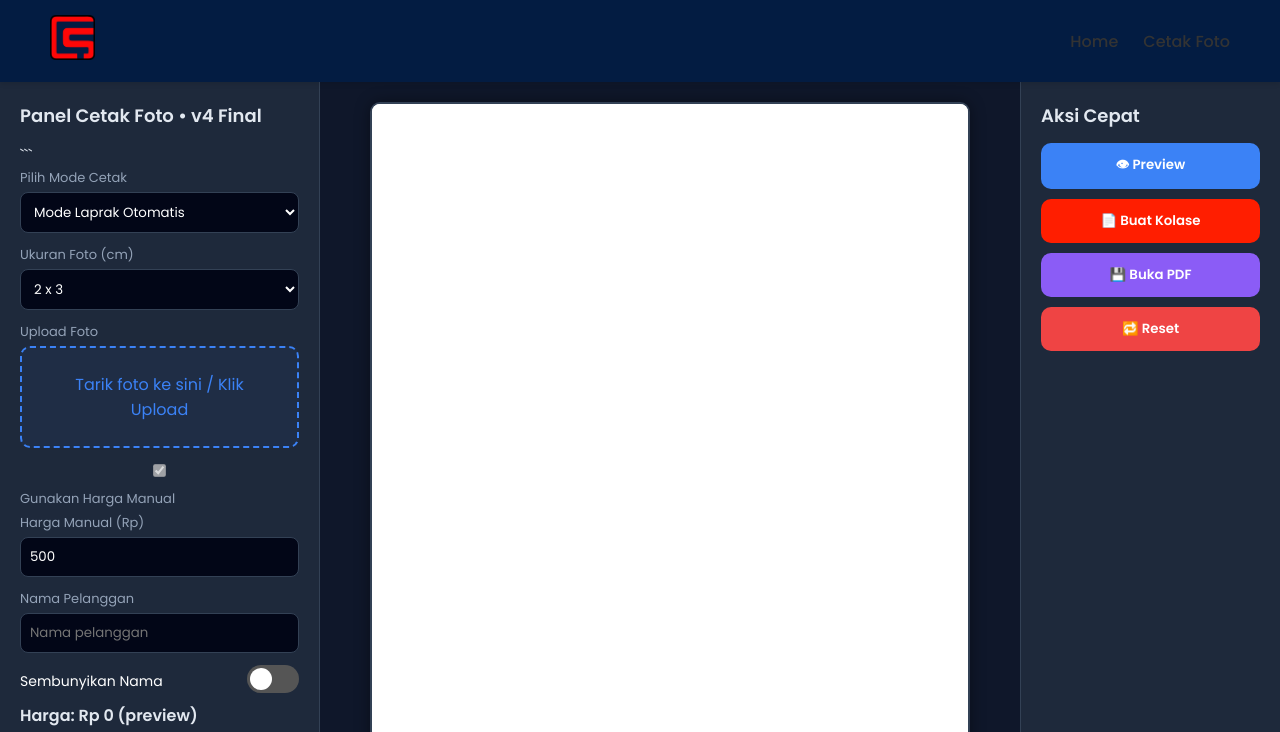
Repository: procinema22/hiisedulurfc
Page: cetakfoto.html
An editor plug-in stored every save of this project. The page is shown before and after the next save, followed by the edit.
The browser window is 1280 px wide. The pictures show the whole page.
An inner scrolling area shows only its first screen.

Above is the page before, as saved 2026-04-27 22:13:58.

### cetakfoto.html
<!DOCTYPE html>

<html lang="id">
<head>
<meta charset="UTF-8">
<meta name="viewport" content="width=device-width, initial-scale=1.0">
<title>SEDULUR FOTO COPY – Cetak Foto</title>
<link rel="icon" type="image/png" href="img/loggo/sdlr.png">
<link href="https://fonts.googleapis.com/css2?family=Poppins:wght@400;500;600;700&display=swap" rel="stylesheet">
<link rel="stylesheet" href="css/cetak.css">
<script src="https://cdn.jsdelivr.net/npm/exif-js"></script>
<script src="https://cdnjs.cloudflare.com/ajax/libs/jspdf/2.5.1/jspdf.umd.min.js"></script>
</head>
<body>
<header>
  <div class="logo"><a href="index.html"><img src="img/loggo/sdlr.png" alt="Sedulur Foto Copy"></a></div>
  <nav>
    <ul>
      <li><a href="index.html">Home</a></li>
      <li><a href="cetakfoto.html" class="active">Cetak Foto</a></li>
    </ul>
  </nav>
</header>
<div class="layout">
  <aside class="left-panel">
    <h2 class="section-title">Panel Cetak Foto • v4 Final</h2>

```
<label>Pilih Mode Cetak</label>
<select id="modeSelect">
  <option value="normal">Mode Laprak Otomatis</option>
  <option value="perfoto">Mode Pas Foto</option>
  <option value="circle">Mode Lingkaran</option>
</select>

<div id="circleControls" style="display:none;">
  <label>Diameter Lingkaran (cm)</label>
  <input id="circleDiameter" type="number" value="4">
</div>

<label>Ukuran Foto (cm)</label>
<select id="sizeSelect">
  <option value="2x3">2 x 3</option>
  <option value="3x4">3 x 4</option>
  <option value="4x6">4 x 6</option>
  <option value="5x5">5 x 5</option>
  <option value="6x9">6 x 9</option>
  <option value="10x15">10 x 15</option>
  <option value="custom">Custom</option>
</select>

<div id="customSize" style="display:none; gap:10px;">
  <input id="customW" type="number" placeholder="Lebar (cm)">
  <input id="customH" type="number" placeholder="Tinggi (cm)">
</div>

<label>Upload Foto</label>
<div id="dropArea" class="drop-area">Tarik foto ke sini / Klik Upload</div>
<input id="upload" type="file" multiple accept="image/*" hidden>

<label class="inline-check"><input type="checkbox" id="manualHargaCheckbox"> Gunakan Harga Manual</label>

<div id="manualHargaBox" style="display:none;">
  <label>Harga Manual (Rp)</label>
  <input id="manualHargaInput" type="number" value="500" min="500" step="500">
</div>

<label>Nama Pelanggan</label>
<input id="userName" type="text" placeholder="Nama pelanggan">


<div class="switch-wrap">
  <span>Sembunyikan Nama</span>
  <label class="switch">
    <input type="checkbox" id="hideInfo">
    <span class="slider"></span>
  </label>
</div>

<div class="price" id="priceDisplay">Harga: Rp 0</div>
<div id="batchList"></div>

<div class="accordion">

  <button type="button" class="accordion-btn" onclick="toggleMargin()">
    Margin Kertas ▼
  </button>

  <div id="marginSection" class="accordion-content">

    <label>Margin Atas (mm)</label>
    <input id="marginTop" type="number" value="5">

    <label>Margin Bawah (mm)</label>
    <input id="marginBottom" type="number" value="5">

    <label>Margin Kiri (mm)</label>
    <input id="marginLeft" type="number" value="5">

    <label>Margin Kanan (mm)</label>
    <input id="marginRight" type="number" value="5">

    <label>Gap antar foto (px)</label>
    <input id="gap" type="number" value="5">

  </div>

</div>




<label class="inline-check"><input type="checkbox" checked disabled> Hubungi admin untuk menghilangkan watermark</label>
```

  </aside>

  <section class="center-panel">
    <canvas id="canvas" width="1240" height="1754"></canvas>
    <div class="page-nav" id="pageNav" style="display:none;">
      <button id="prevPage">⬅</button>
      <div id="pageIndicator">Halaman 1 / 1</div>
      <button id="nextPage">➡</button>
    </div>
  </section>

  <aside class="right-panel">
    <h2 class="section-title">Aksi Cepat</h2>
    <button id="previewBtn" class="btn blue">👁 Preview</button>
    <button id="generateBtn" class="btn green">📄 Buat Kolase</button>
    <button id="downloadPdf" class="btn purple">💾 Buka PDF</button>
    <button id="reset" class="btn red">🔁 Reset</button>
  </aside>
</div>
<div id="loadingOverlay"><div class="loader"></div><p>Memproses... tunggu sebentar ya</p></div>
<div id="toast"></div>
<script src="js/script.js"></script>
</body>
</html>

### css/cetak.css
/* ============ ROOT & GLOBAL ============ */
:root {
    --bg: #0f172a;
    --card: #1e293b;
    --border: #334155;
    --text: #e2e8f0;
    --muted: #94a3b8;
    --blue: #3b82f6;
    --green: #ff1e00;
    --purple: #8b5cf6;
    --red: #ef4444;
    --shadow: rgba(0,0,0,.4);
  }

  *{
    margin:0;
    padding:0;
    box-sizing:border-box;
    font-family:"Poppins",sans-serif;
  }

  body{
    background:var(--bg);
    color:var(--text);
    overflow-x:hidden;
  }

  /* ===============================
   NAVBAR
================================ */
header {
  display: flex;
  align-items: center;
  justify-content: space-between;
  padding: 15px 50px;
  background-color: hwb(216 1% 74%);
  box-shadow: 0 2px 5px rgba(0,0,0,0.1);
  position: sticky;
  top: 0;
  z-index: 100;
}

.logo {
  display: flex;
  align-items: center;
  gap: 10px;
}

.logo img {
  height: 45px;
  width: auto;
}

nav ul {
  list-style: none;
  display: flex;
  gap: 25px;
}

nav a {
  text-decoration: none;
  color: #333;
  font-weight: 500;
}

nav a:hover {
  color: #b70d0d;
}

.search-box {
  display: flex;
  border: 1px solid #ddd;
  border-radius: 25px;
  overflow: hidden;
  width: 260px;
}

.search-box input {
  border: none;
  padding: 8px 15px;
  width: 100%;
  outline: none;
}

.search-box button {
  background: #b70d0d;
  color: rgb(0, 0, 0);
  border: none;
  padding: 8px 15px;
  cursor: pointer;
}

  /* ============ LAYOUT ============ */
  .layout{
    display:grid;
    grid-template-columns:320px 1fr 260px;
    height:calc(100vh - 70px);
  }

  /* ============ LEFT PANEL ============ */
  .left-panel{
    background:var(--card);
    padding:20px;
    border-right:1px solid var(--border);
    overflow-y:auto;
  }

  .left-panel label{
    font-size:13px;
    color:var(--muted);
    margin-bottom:4px;
    display:block;
  }

  .left-panel input,
  .left-panel select{
    width:100%;
    padding:9px;
    border-radius:8px;
    border:1px solid var(--border);
    background:#020617;
    color:white;
    margin-bottom:12px;
  }

  .section-title{
    font-size:18px;
    font-weight:600;
    margin-bottom:14px;
  }

  /* DROP AREA */
  .drop-area{
    border:2px dashed var(--blue);
    padding:24px;
    text-align:center;
    border-radius:10px;
    color:var(--blue);
    background:rgba(59,130,246,.05);
    cursor:pointer;
    margin-bottom:15px;
  }

  .drop-area:hover{
    background:rgba(59,130,246,.15);
  }

  /* PRICE */
  .price{
    font-size:16px;
    font-weight:600;
    margin-top:6px;
  }

  /* ============ CENTER PANEL ============ */
  .center-panel{
    padding:20px;
    display:flex;
    flex-direction:column;
    align-items:center;
    overflow-y:auto;
  }

  canvas{
    width:100%;
    max-width:600px;
    background:white;
    border-radius:10px;
    border:2px solid var(--border);
    box-shadow:0 0 15px var(--shadow);
  }

  /* PAGE NAV */
  .page-nav{
    display:flex;
    gap:14px;
    margin-top:12px;
  }

  .page-nav button{
    padding:8px 14px;
    border:none;
    border-radius:8px;
    background:var(--blue);
    color:white;
    cursor:pointer;
  }

  /* ============ RIGHT PANEL ============ */
  .right-panel{
    background:var(--card);
    padding:20px;
    border-left:1px solid var(--border);
    overflow-y:auto;
  }

  .btn{
    width:100%;
    padding:12px;
    border:none;
    border-radius:10px;
    font-weight:600;
    cursor:pointer;
    margin-bottom:10px;
    color:white;
  }

  .blue{background:var(--blue)}
  .green{background:var(--green)}
  .purple{background:var(--purple)}
  .red{background:var(--red)}

  /* ============ LOADER & TOAST ============ */
  #loadingOverlay{
    position:fixed;
    inset:0;
    background:rgba(0,0,0,.7);
    display:none;
    flex-direction:column;
    justify-content:center;
    align-items:center;
    z-index:9999;
  }

  .loader{
    width:60px;
    height:60px;
    border-radius:50%;
    border:6px solid #fff;
    border-top:6px solid var(--blue);
    animation:spin 1s linear infinite;
  }

  @keyframes spin{
    to{transform:rotate(360deg)}
  }

  #toast{
    position:fixed;
    bottom:20px;
    right:20px;
    padding:12px 18px;
    background:var(--card);
    border-left:5px solid var(--blue);
    border-radius:10px;
    opacity:0;
    transition:.3s;
    z-index:10000;
  }

  #toast.show{
    opacity:1;
    transform:translateY(-6px);
  }

  /* ============ PRINT A4 MODE ============ */
  @media print{
    header,
    .left-panel,
    .right-panel,
    .page-nav,
    #toast,
    #loadingOverlay{
      display:none !important;
    }

    body{
      background:white;
      overflow:visible;
    }

    .layout{
      display:block;
      height:auto;
    }

    canvas{
      width:210mm !important;
      height:297mm !important;
      max-width:none;
      border:none;
      box-shadow:none;
      border-radius:0;
    }
  }

  @page{
    size:A4;
    margin:10mm;
  }
  .btn-logout {
    background: #e53935;
    color: #fff;
    border: none;
    padding: 8px 14px;
    border-radius: 6px;
    cursor: pointer;
    font-weight: 600;
  }

  .btn-logout:hover {
    background: #c62828;
  }
  .switch-wrap{
    display:flex;
    align-items:center;
    justify-content:space-between;
    gap:12px;
    color:#fff;
    font-size:14px;
  }

  .switch{
    position:relative;
    display:inline-block;
    width:52px;
    height:28px;
  }

  .switch input{
    opacity:0;
    width:0;
    height:0;
  }

  .slider{
    position:absolute;
    inset:0;
    background:#555;
    border-radius:50px;
    transition:.3s;
    cursor:pointer;
  }

  .slider:before{
    content:"";
    position:absolute;
    width:22px;
    height:22px;
    left:3px;
    top:3px;
    background:white;
    border-radius:50%;
    transition:.3s;
  }

  .switch input:checked + .slider{
    background:#22c55e;
  }

  .switch input:checked + .slider:before{
    transform:translateX(24px);
  }
  .panel-box{
    background: linear-gradient(180deg,#18253d,#101827);
    border:1px solid rgba(255,255,255,.08);
    border-radius:18px;
    padding:18px;
    box-shadow:0 12px 30px rgba(0,0,0,.25);
  }

  .panel-box h3{
    font-size:18px;
    font-weight:700;
    color:#fff;
    margin-bottom:16px;
  }

  .group{
    margin-bottom:18px;
  }

  .group label{
    display:block;
    font-size:13px;
    color:#9fb3d9;
    margin-bottom:8px;
    font-weight:500;
  }

  .group input,
  .group select{
    width:100%;
    height:48px;
    border:none;
    outline:none;
    border-radius:14px;
    background:#06101f;
    color:#fff;
    padding:0 14px;
    font-size:16px;
    transition:.25s;
  }

  .group input:focus,
  .group select:focus{
    box-shadow:0 0 0 2px #3b82f6;
    transform:translateY(-1px);
  }

  .price-box{
    background:linear-gradient(90deg,#2563eb,#1d4ed8);
    padding:14px;
    border-radius:14px;
    color:#fff;
    font-weight:700;
    font-size:22px;
    text-align:center;
    margin:14px 0;
  }

  .divider{
    height:1px;
    background:rgba(255,255,255,.07);
    margin:18px 0;
  }
  .accordion-btn{
    width:100%;
    height:46px;
    border:none;
    border-radius:14px;
    background:#111827;
    color:#fff;
    font-weight:700;
    cursor:pointer;
    margin-top:14px;
  }

  .accordion-content{
    display:none;
    padding-top:12px;
  }

  .accordion-content.show{
    display:block;
  }

Loaded but not shown: js/script.js (1148 lines, source omitted)

After the next save:
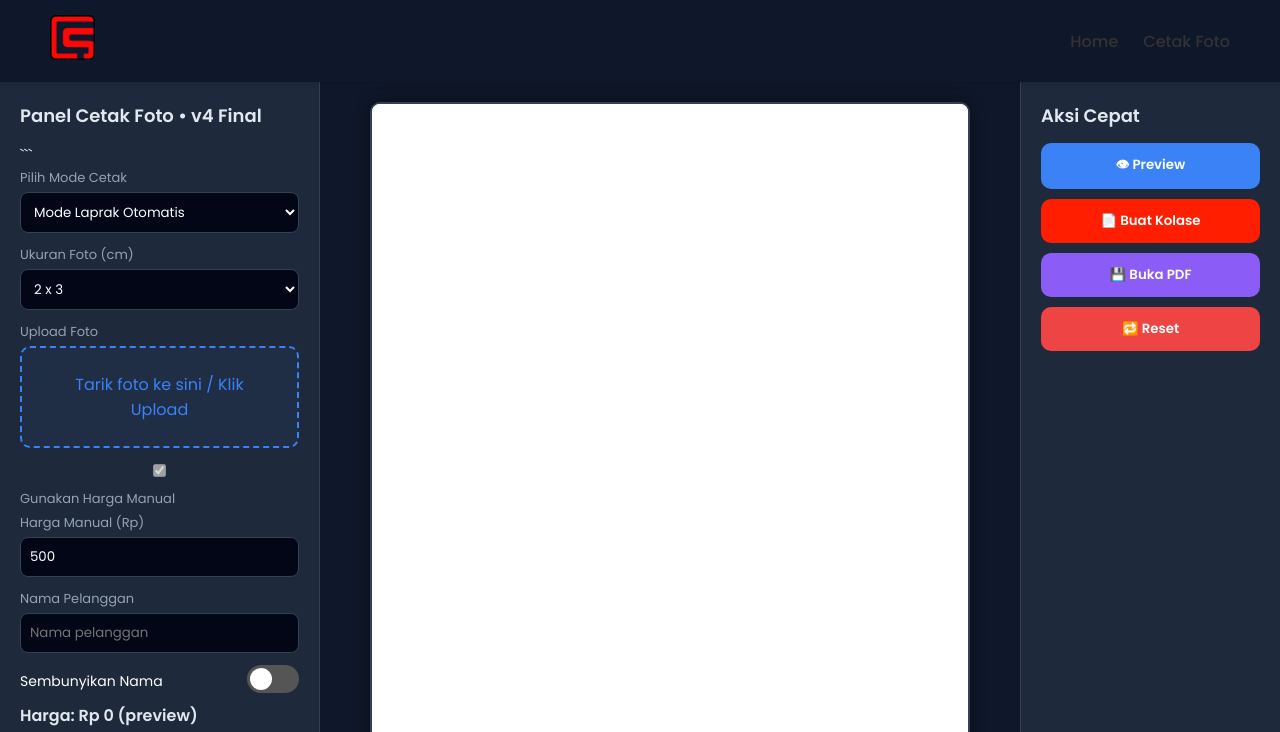
Saved 76 s later.
--- a/css/cetak.css
+++ b/css/cetak.css
@@ -33,7 +33,8 @@ header {
   align-items: center;
   justify-content: space-between;
   padding: 15px 50px;
-  background-color: hwb(216 1% 74%);
+  background-color: var(--bg);
+
   box-shadow: 0 2px 5px rgba(0,0,0,0.1);
   position: sticky;
   top: 0;
